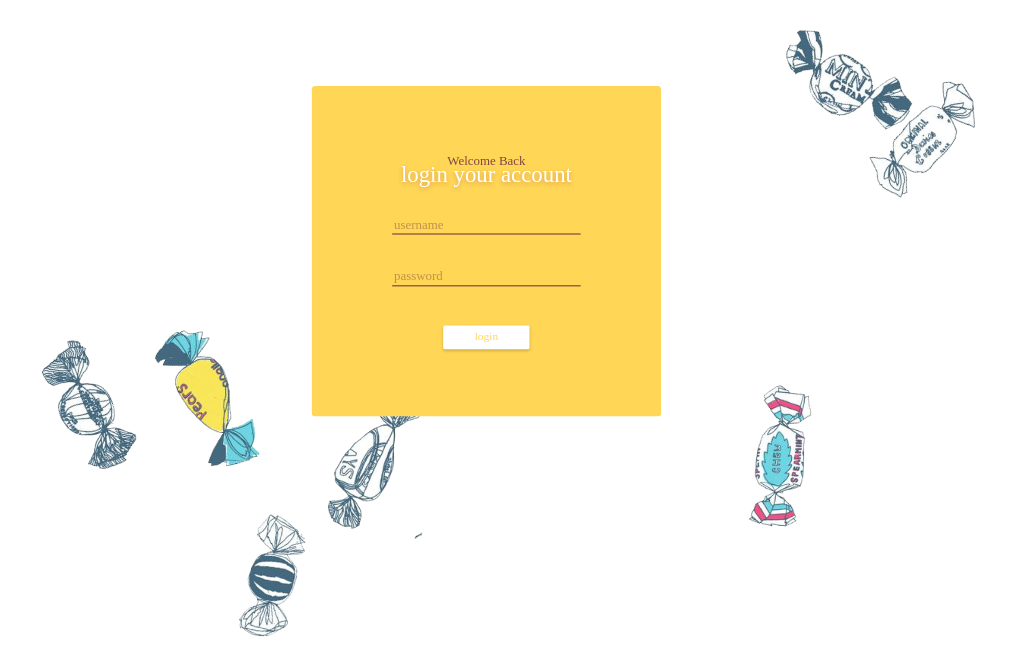
Repository: 1107719008/react1
Page: public/index.html
These files come from the project's save history. The page is drawn as it stood at one moment and after the next save; the edit follows.
The browser window is 1280 px wide. The page is 1351 px wide, then 1280 px, then 1351 px, so the pictures cover 1351 px, including what lies to the right of the window. The pictures show the whole page, at 76% of full size.

Above is the page before, as saved 2021-02-27 22:28:40.

### public/index.html
<!DOCTYPE html>
<html lang="en">
<head>
    <meta charset="UTF-8">
    <meta name="viewport" content="width=device-width, initial-scale=1.0">
    <meta http-equiv="X-UA-Compatible" content="ie=edge">
    <link rel=stylesheet type="text/css" href="css/loginpage.css">
    <title>loginpage</title>
</head>
<body>
    <section>
        <div class="set">
            <div><img src="./images/animate/candy01.png"> </div>
            <div><img src="./images/animate/candy02.png"> </div>
            <div><img src="./images/animate/candy03.png"> </div>
            <div><img src="./images/animate/candy04.png"> </div>
            <div><img src="./images/animate/candy05.png"> </div>
            <div><img src="./images/animate/candy06.png"> </div>
            <div><img src="./images/animate/candy07.png"> </div>
            <div><img src="./images/animate/candy08.png"> </div>
            <div><img src="./images/animate/candy09.png"> </div>
        </div>
<!-- aaaaa -->
    </section>
    <div class="up">
        <p class="welcomeback">Welcome Back</p>
        <p class="logaccount">login your account</p>

        <input type="text" placeholder="username" class="username">
        <input type="password" placeholder="password" class="password">


        <input type="button" value="login" class="login" onclick="window.location='./index.html'">
    </div>
</body>
</html>

### public/css/loginpage.css
body{
    margin: 0;
    padding: 0;
    overflow: hidden;
}
/* 背景動畫 */
section{
    width:100%;
    height:100%;
    background:radial-gradient(#FFEAA8,#FFF1C6) ;
    z-index: -1;
}
.set{
    position:absolute;
    width:100%;
    height:100%;
    top: 0;
    left: 0;
}
.set div{
    position:absolute;
    display: block;
}
.set div:nth-child(1){
    left: 20%;
    animation: animate 9s linear infinite;
    animation-delay: -3s;

}
.set div:nth-child(2){
    left: 50%;
    animation: animate 9s linear infinite;
    animation-delay: -4s;
}
.set div:nth-child(3){
    left: 30%;
    animation: animate 10s linear infinite;
    animation-delay: -2s;
}
.set div:nth-child(4){
    left: 10%;
    animation: animate 10s linear infinite;
    animation-delay: -1s;
}
.set div:nth-child(5){
    left: 70%;
    animation: animate 10s linear infinite;
    animation-delay: -2s;
}
.set div:nth-child(6){
    left: 90%;
    animation: animate 7s linear infinite;
    animation-delay: -3s;
}
.set div:nth-child(7){
    left: 78%;
    animation: animate 9s linear infinite;
    animation-delay: -5s;
}
.set div:nth-child(8){
    left: 35%;
    animation: animate 9s linear infinite;

}
.set div:nth-child(9){
    left: 0%;
    animation: animate 8s linear infinite;
}
@keyframes animate{

    0%
    {
        opacity: 0;
        top:-10%;
        transform: /*translateX(20px)*/ rotate(0deg);
    }
    10%{
        opacity: 1;
    }
    20%{
        transform: /*translateX(-20px)*/ rotate(45deg);
    }
    70%{
        transform: /*translateX(20px)*/ rotate(270deg);
    }
    100%{
        top:110%;
    }
}
/* 背景動畫結束 */


/* 輸入文字區塊 */
.up{
    position:absolute;
    width:36vw;
    height:34vw;
    margin: 8.8vw 32vw ;
    background-color: #FFD655;
    border-radius: 5px;
    display:flex;
    flex-direction: column;
    align-items: center;
}
.welcomeback{
    color:#814646;
    font-size: 17px;
    font-family: Segoe WP;
    margin:0;
    margin-top: 7vw;
}
.logaccount{

    position: relative;
    color:white;
    box-shadow: #000000;
    font-family: Segoe WP;
    font-size: 30px;
    margin:0;
    margin-bottom: 3vw;
    margin-top: -10px;
    text-shadow:#a8555563 0em 0.1em 0.2em;
}
.username{
    color:#814646;
    font-size: 17px;
    font-family: Segoe WP;
    width: 19vw;
    border:0;
    border-bottom: solid 2px #814646cc;
    background-color: #FFD655;
    margin-bottom:3.5vw;
    outline:none;

}
::-webkit-input-placeholder{
    color:#81464679;

}
.password{
    color:#814646;
    font-size: 17px;
    font-family: Segoe WP;
    width: 19vw;
    border:0;
    border-bottom: solid 2px #814646cc;
    background-color: #FFD655;
    margin-bottom:5px;
    outline: none;
}
.login{
    display:inline-block;
    position: relative;
    align-self: center;
    text-align: center;
    font-family: Segoe WP;
    font-size: 15px;
    border: solid 2px transparent;
    border-radius: 3px;
    width: 114px;
    height: 32px;
    cursor: pointer;
    color: #FFD655;
    background-color:white;
    transition-duration: 0.4s;
    z-index:3;
    margin-top: 3.554vw;
    margin-bottom: 0.9375vw;
    outline:none;
    box-shadow: 0 2px 4px 0 rgba(0,0,0,0.2);
}
.login:hover{
    background-color:#FFD655;
    color:white;
    border:solid 2px white;
    box-shadow: 0 2px 4px 0 rgba(0,0,0,0.2);
    outline: none;

}
.login:active {
    background-color:#FFD655;
    box-shadow: 0 4px;
    transform: translateY(4px);
    background-color:#FFD655;
    color:white;
    border:solid 2px white;
    outline: none;
  }

After the next save:
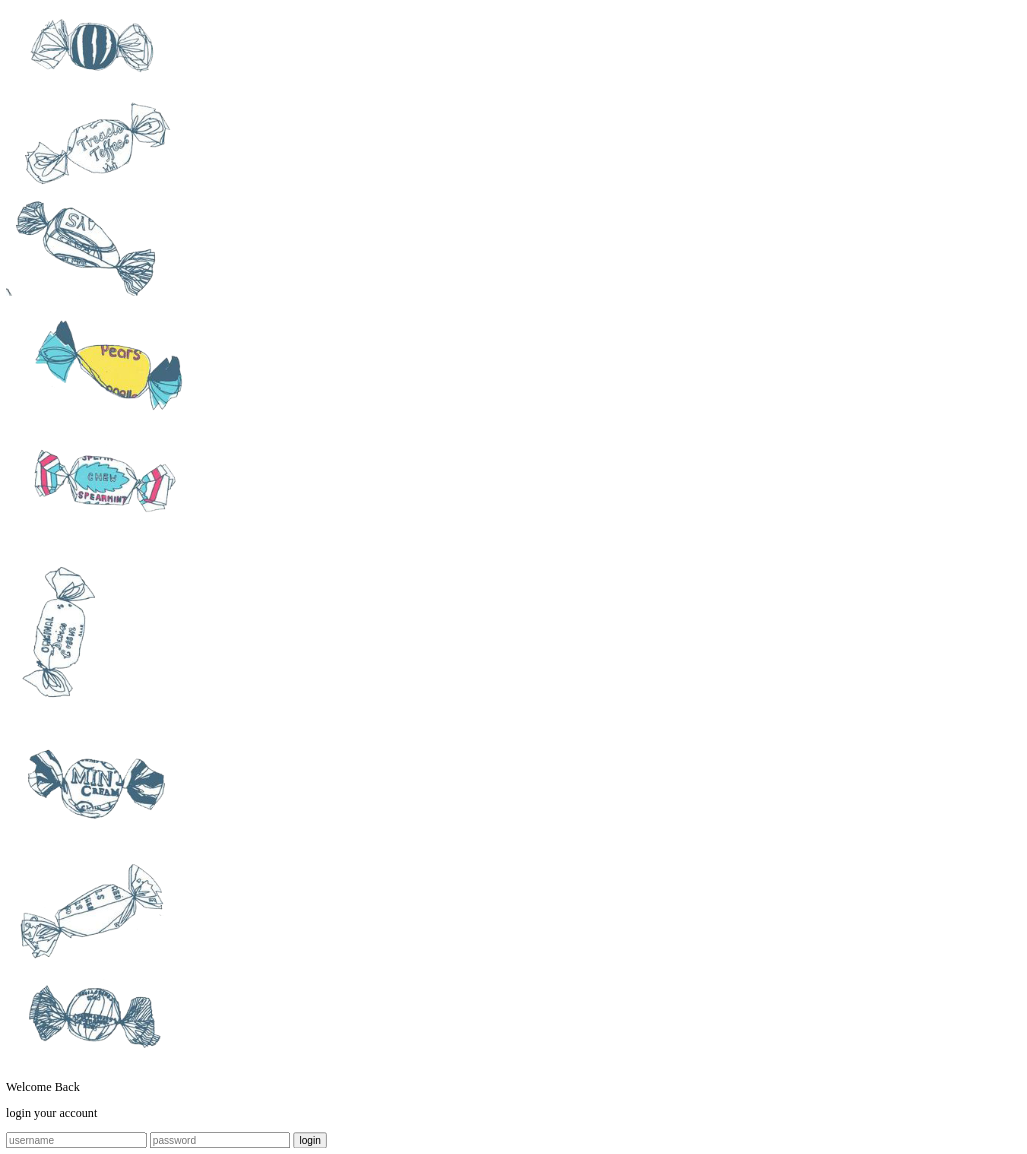
Saved 116 s later.
--- a/public/index.html
+++ b/public/index.html
@@ -4,7 +4,7 @@
     <meta charset="UTF-8">
     <meta name="viewport" content="width=device-width, initial-scale=1.0">
     <meta http-equiv="X-UA-Compatible" content="ie=edge">
-    <link rel=stylesheet type="text/css" href="css/loginpage.css">
+
     <title>loginpage</title>
 </head>
 <body>

After the save that followed:
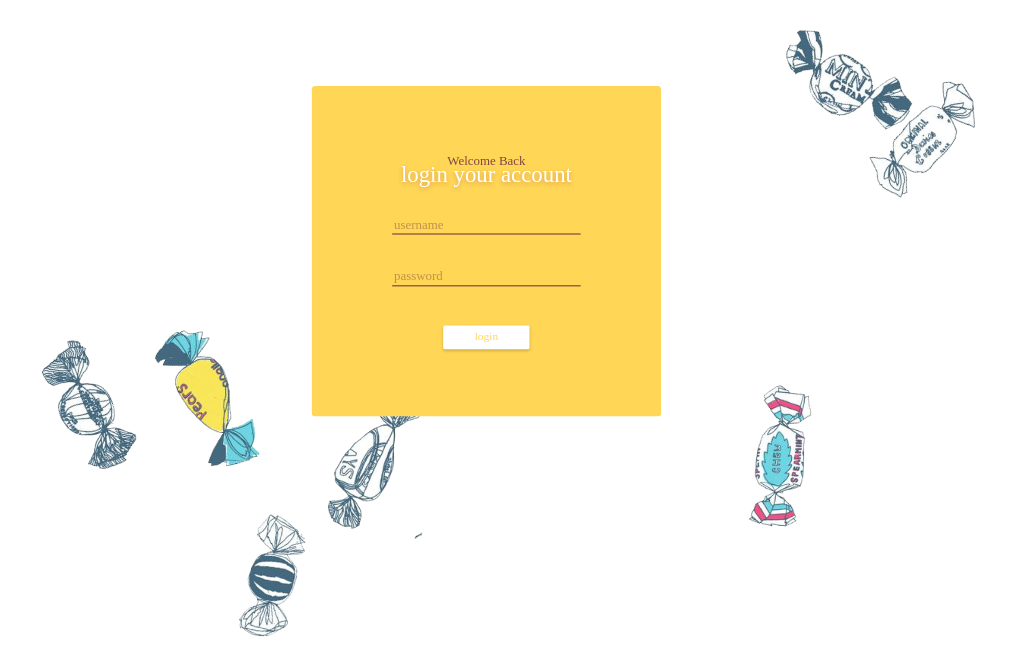
Saved 13 min 20 s later.
--- a/public/index.html
+++ b/public/index.html
@@ -4,6 +4,7 @@
     <meta charset="UTF-8">
     <meta name="viewport" content="width=device-width, initial-scale=1.0">
     <meta http-equiv="X-UA-Compatible" content="ie=edge">
+    <link rel=stylesheet type="text/css" href="css/loginpage.css">
 
     <title>loginpage</title>
 </head>
